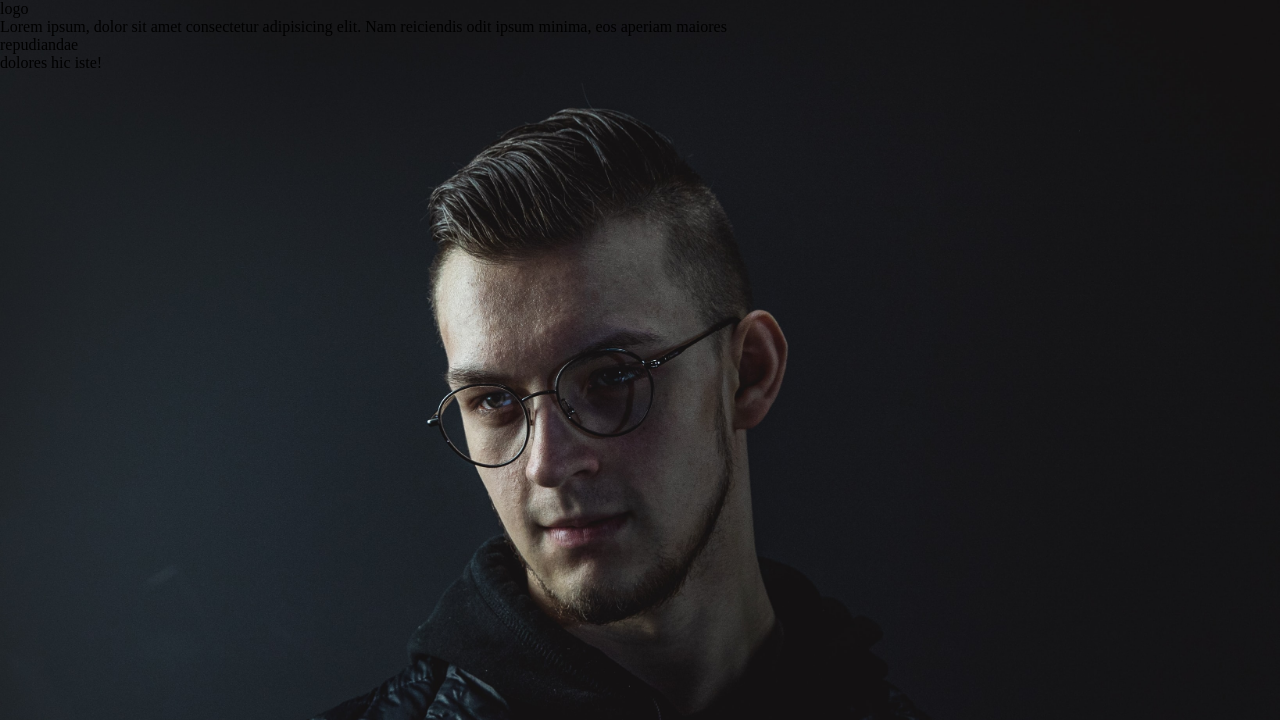
Repository: linco6054/simple-html
Page: index.html
An editor plug-in stored every save of this project. The page is shown before and after a run of saves, followed by the edit.
The browser window is 1280 px wide. The pictures show the whole page.

Above is the page before, as saved 2021-08-16 15:33:13.

### index.html
<!DOCTYPE html>
<html lang="en">
  <head>
    <meta charset="UTF-8" />
    <meta http-equiv="X-UA-Compatible" content="IE=edge" />
    <meta name="viewport" content="width=device-width, initial-scale=1.0" />
    <link rel="stylesheet" href="style.css" />
    <title>Lincoln</title>
  </head>
  <body>
    <section class="sec1">
      <nav>
        <span>logo</span>
        <ul></ul>
      </nav>
      <p>
        Lorem ipsum, dolor sit amet consectetur adipisicing elit. Nam reiciendis
        odit ipsum minima, eos aperiam maiores <p>repudiandae</p>  dolores hic iste!
      </p>
    </section>
  </body>
</html>

### style.css
* {
  margin: 0;
  padding: 0;
}
body {
  max-width: 100%;
  height: auto;
  overflow: hidden;
}
section {
  height: 100vh;
  width: 100%;
  overflow: hidden;
}
/* ================================Sectiion 1================================== */
.sec1 {
  background-image: url("./images/bg.jpg");
  background-size: cover;
  background-repeat: no-repeat;
}

After the next 4 saves:
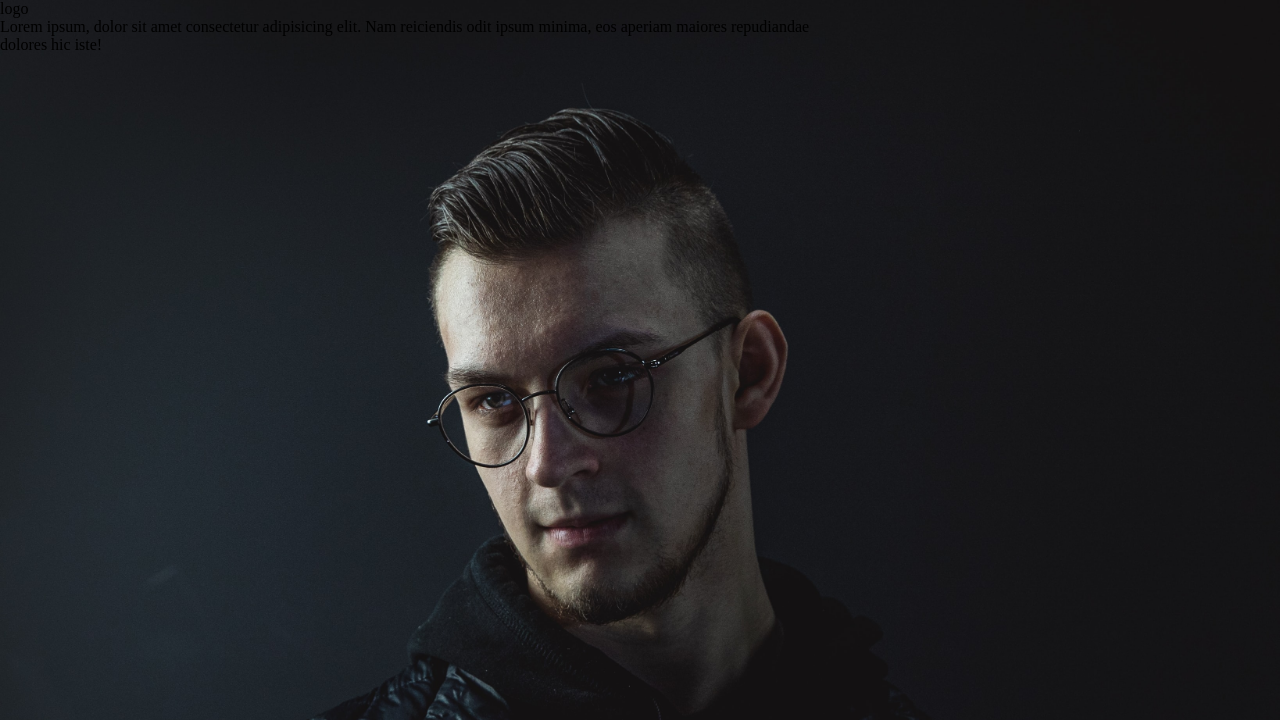
The 4 saves are shown as one change because they came seconds apart.
The last was saved 19 s later.
--- a/index.html
+++ b/index.html
@@ -15,7 +15,7 @@
       </nav>
       <p>
         Lorem ipsum, dolor sit amet consectetur adipisicing elit. Nam reiciendis
-        odit ipsum minima, eos aperiam maiores <p>repudiandae</p>  dolores hic iste!
+        odit ipsum minima, eos aperiam maiores <span>repudiandae</p>  dolores hic iste!
       </p>
     </section>
   </body>
